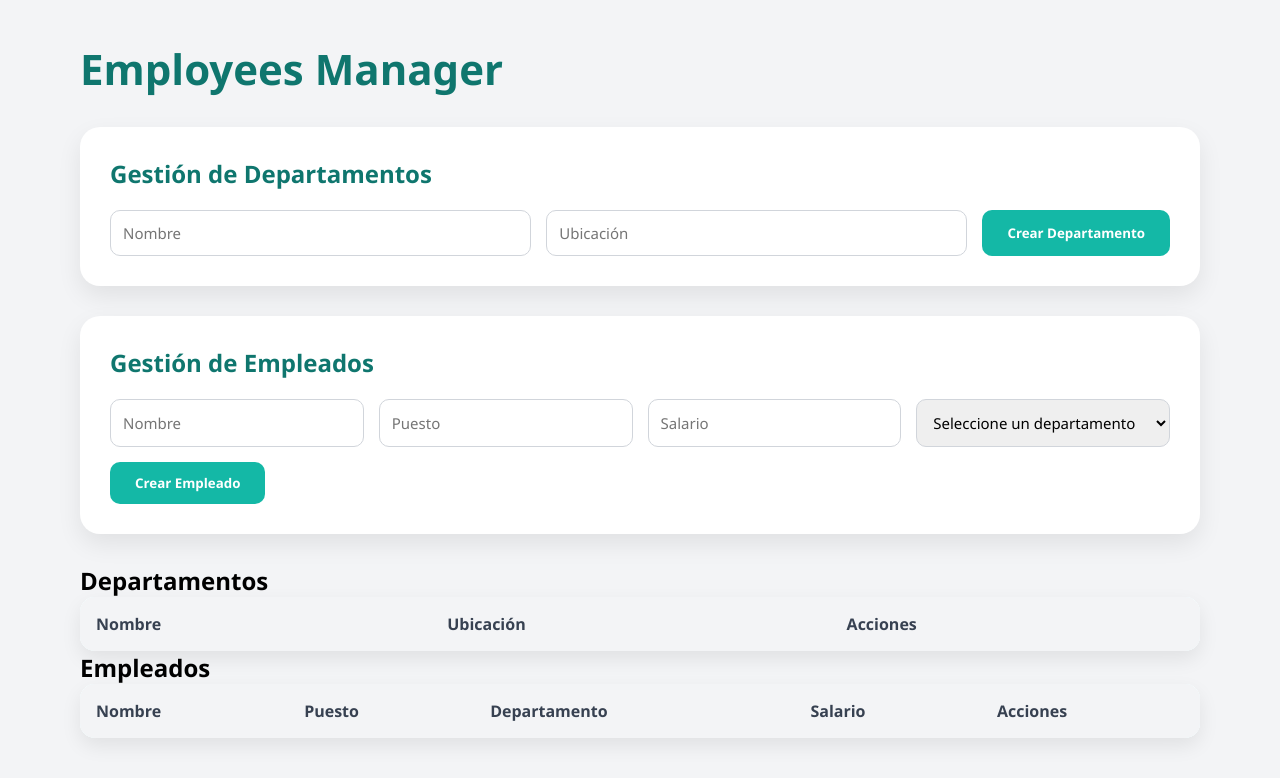
Repository: AnaSofiaRosero/parcial-4
Page: /
The author's editor kept a copy of each file at every save. The page is drawn from the files as they stood at one save, then again after the next save.
The browser window is 1280 px wide. The pictures show the whole page.
The project was rebuilt for these pictures with package versions that can differ from the ones it lists, and the page was loaded fresh each time. Also part of the build but not shown: vite.config.ts, src/index.css.

Above is the page before, as saved 2026-06-02 14:10:16.
Console error: TypeError: Cannot read properties of undefined (reading 'from')

### index.html
<!doctype html>
<html lang="en">
  <head>
    <meta charset="UTF-8" />
    <link rel="icon" type="image/svg+xml" href="/favicon.svg" />
    <meta name="viewport" content="width=device-width, initial-scale=1.0" />
    <title>employees-manager</title>
  </head>
  <body>
    <div id="root"></div>
    <script type="module" src="/src/main.tsx"></script>
  </body>
</html>

### src/App.tsx
import { useEffect, useState } from "react";
import { supabase } from "./supabaseClient";
import type { Departamento, Empleado } from "./types";
import "./App.css";


function App() {
  const [departamentos, setDepartamentos] = useState<Departamento[]>([]);
  const [empleados, setEmpleados] = useState<Empleado[]>([]);

  const [editandoDepartamento, setEditandoDepartamento] = useState<string | null>(null);
  const [editandoEmpleado, setEditandoEmpleado] = useState<string | null>(null);

  // Departamento
  const [nombre, setNombre] = useState("");
  const [ubicacion, setUbicacion] = useState("");

  // Empleado
  const [nombreEmpleado, setNombreEmpleado] = useState("");
  const [puesto, setPuesto] = useState("");
  const [salario, setSalario] = useState("");
  const [departamentoId, setDepartamentoId] = useState("");

  useEffect(() => {
    cargarDepartamentos();
    cargarEmpleados();
  }, []);

  const cargarDepartamentos = async () => {
    const { data, error } = await supabase
      .from("departamentos")
      .select("*");

    if (error) {
      console.log(error);
      return;
    }

    setDepartamentos(data || []);
  };

  const cargarEmpleados = async () => {
    const { data, error } = await supabase
      .from("empleados")
      .select("*");

    if (error) {
      console.log(error);
      return;
    }

    setEmpleados(data || []);
  };

  const crearDepartamento = async () => {
    if (!nombre.trim()) {
      alert("El nombre del departamento es obligatorio");
      return;
    }

    const { error } = await supabase
      .from("departamentos")
      .insert([
        {
          nombre,
          ubicacion,
        },
      ]);

    if (error) {
      console.log(error);
      return;
    }

    setNombre("");
    setUbicacion("");

    cargarDepartamentos();
  };

  const guardarDepartamento = async () => {
    if (!editandoDepartamento) return;

    const { error } = await supabase
      .from("departamentos")
      .update({
        nombre,
        ubicacion,
      })
      .eq("id", editandoDepartamento);

    if (error) {
      console.log(error);
      return;
    }

    setNombre("");
    setUbicacion("");
    setEditandoDepartamento(null);

    cargarDepartamentos();
  };

  const editarDepartamento = (departamento: Departamento) => {
    setEditandoDepartamento(departamento.id);
    setNombre(departamento.nombre);
    setUbicacion(departamento.ubicacion);
  };

  const crearEmpleado = async () => {
    if (
      !nombreEmpleado.trim() ||
      !puesto.trim() ||
      !salario ||
      !departamentoId
    ) {
      alert("Complete todos los campos");
      return;
    }

    const { error } = await supabase
      .from("empleados")
      .insert([
        {
          nombre: nombreEmpleado,
          puesto,
          salario: Number(salario),
          departamento_id: departamentoId,
        },
      ]);

    if (error) {
      console.log(error);
      return;
    }

    setNombreEmpleado("");
    setPuesto("");
    setSalario("");
    setDepartamentoId("");

    cargarEmpleados();
  };

  const guardarEmpleado = async () => {
    if (!editandoEmpleado) return;

    const { error } = await supabase
      .from("empleados")
      .update({
        nombre: nombreEmpleado,
        puesto,
        salario: Number(salario),
        departamento_id: departamentoId,
      })
      .eq("id", editandoEmpleado);

    if (error) {
      console.log(error);
      return;
    }

    setNombreEmpleado("");
    setPuesto("");
    setSalario("");
    setDepartamentoId("");
    setEditandoEmpleado(null);

    cargarEmpleados();
  };

  const editarEmpleado = (empleado: Empleado) => {
    setEditandoEmpleado(empleado.id);

    setNombreEmpleado(empleado.nombre);
    setPuesto(empleado.puesto);
    setSalario(String(empleado.salario));
    setDepartamentoId(empleado.departamento_id);
  };

  const eliminarEmpleado = async (id: string) => {
    const { error } = await supabase
      .from("empleados")
      .delete()
      .eq("id", id);

    if (error) {
      console.log(error);
      return;
    }

    cargarEmpleados();
  };

  const eliminarDepartamento = async (id: string) => {
    const { error } = await supabase
      .from("departamentos")
      .delete()
      .eq("id", id);

    if (error) {
      console.log(error);
      alert(
        "No puedes eliminar un departamento que tenga empleados asociados"
      );
      return;
    }

    cargarDepartamentos();
  };

  return (
    <div className="container">
      <h1 className="title">Employees Manager</h1>

      <div className="section">
        <h2>Gestión de Departamentos</h2>

        <div className="form">

          <input
            type="text"
            placeholder="Nombre"
            value={nombre}
            onChange={(e) => setNombre(e.target.value)}
          />

          <input
            type="text"
            placeholder="Ubicación"
            value={ubicacion}
            onChange={(e) => setUbicacion(e.target.value)}
          />

          {editandoDepartamento ? (
            <button
              className="primary-btn"
              onClick={guardarDepartamento}
            >
              Guardar Cambios
            </button>
          ) : (
            <button
              className="primary-btn"
              onClick={crearDepartamento}
            >
              Crear Departamento
            </button>
          )}

        </div>
      </div>

      <div className="section">
        <h2>Gestión de Empleados</h2>

        <div className="form">

          <input
            type="text"
            placeholder="Nombre"
            value={nombreEmpleado}
            onChange={(e) => setNombreEmpleado(e.target.value)}
          />

          <input
            type="text"
            placeholder="Puesto"
            value={puesto}
            onChange={(e) => setPuesto(e.target.value)}
          />

          <input
            type="number"
            placeholder="Salario"
            value={salario}
            onChange={(e) => setSalario(e.target.value)}
          />

          <select
            value={departamentoId}
            onChange={(e) => setDepartamentoId(e.target.value)}
          >
            <option value="">
              Seleccione un departamento
            </option>

            {departamentos.map((departamento) => (
              <option
                key={departamento.id}
                value={departamento.id}
              >
                {departamento.nombre}
              </option>
            ))}
          </select>

          {editandoEmpleado ? (
            <button
              className="primary-btn"
              onClick={guardarEmpleado}
            >
              Guardar Cambios
            </button>
          ) : (
            <button
              className="primary-btn"
              onClick={crearEmpleado}
            >
              Crear Empleado
            </button>
          )}

        </div>
      </div>

      <h2>Departamentos</h2>

      <table className="table">
        <thead>
          <tr>
            <th>Nombre</th>
            <th>Ubicación</th>
            <th>Acciones</th>
          </tr>
        </thead>

        <tbody>
          {departamentos.map((departamento) => (
            <tr key={departamento.id}>
              <td>{departamento.nombre}</td>
              <td>{departamento.ubicacion}</td>

              <td>
                <button
                  className="edit-btn"
                  onClick={() => editarDepartamento(departamento)}
                >
                  Editar
                </button>

                <button
                  className="delete-btn"
                  onClick={() => {
                    if (
                      window.confirm(
                        "¿Seguro que deseas eliminar este departamento?"
                      )
                    ) {
                      eliminarDepartamento(departamento.id);
                    }
                  }}
                >
                  Eliminar
                </button>
              </td>
            </tr>
          ))}
        </tbody>
      </table>

      <h2>Empleados</h2>

      <table className="table">
        <thead>
          <tr>
            <th>Nombre</th>
            <th>Puesto</th>
            <th>Departamento</th>
            <th>Salario</th>
            <th>Acciones</th>
          </tr>
        </thead>

        <tbody>
          {empleados.map((empleado) => {
            const departamento = departamentos.find(
              (d) => d.id === empleado.departamento_id
            );

            return (
              <tr key={empleado.id}>
                <td>{empleado.nombre}</td>

                <td>{empleado.puesto}</td>

                <td>
                  {departamento?.nombre ||
                    "Sin departamento"}
                </td>

                <td>
                  $
                  {empleado.salario.toLocaleString()}
                </td>

                <td>
                  <button
                    className="edit-btn"
                    onClick={() =>
                      editarEmpleado(empleado)
                    }
                  >
                    Editar
                  </button>

                  <button
                    className="delete-btn"
                    onClick={() => {
                      if (
                        window.confirm(
                          "¿Seguro que deseas eliminar este empleado?"
                        )
                      ) {
                        eliminarEmpleado(
                          empleado.id
                        );
                      }
                    }}
                  >
                    Eliminar
                  </button>
                </td>
              </tr>
            );
          })}
        </tbody>
      </table>
    </div>
  );
}
export default App;

### src/App.css
*{
  margin:0;
  padding:0;
  box-sizing:border-box;
  font-family:'Segoe UI', Tahoma, Geneva, Verdana, sans-serif;
}

body{
  background:#f3f4f6;
}

#root{
  min-height:100vh;
}

.container{
  max-width:1200px;
  margin:auto;
  padding:40px;
}

.title{
  color:#0f766e;
  font-size:42px;
  margin-bottom:30px;
}

.section{
  background:white;
  padding:30px;
  border-radius:20px;
  box-shadow:0 10px 25px rgba(0,0,0,.08);
  margin-bottom:30px;
}

.section h2{
  color:#0f766e;
  margin-bottom:20px;
}

.form{
  display:flex;
  flex-wrap:wrap;
  gap:15px;
}

.form input,
.form select{
  flex:1;
  min-width:220px;
  padding:12px;
  border:1px solid #d1d5db;
  border-radius:10px;
  outline:none;
  font-size:15px;
}

.form input:focus,
.form select:focus{
  border-color:#14b8a6;
}

.primary-btn{
  background:#14b8a6;
  color:white;
  border:none;
  border-radius:10px;
  padding:12px 25px;
  cursor:pointer;
  font-weight:600;
  transition:.3s;
}

.primary-btn:hover{
  background:#0f766e;
}

.table-container{
  background:white;
  border-radius:20px;
  overflow:hidden;
  box-shadow:0 10px 25px rgba(0,0,0,.08);
}

table{
  width:100%;
  border-collapse:collapse;
}

thead{
  background:#ecfeff;
}

th{
  padding:15px;
  text-align:left;
  color:#0f766e;
}

td{
  padding:15px;
  border-top:1px solid #e5e7eb;
}

.action-buttons{
  display:flex;
  gap:10px;
}

.edit-btn{
  background:#06b6d4;
  color:white;
  border:none;
  padding:8px 14px;
  border-radius:8px;
  cursor:pointer;
}

.delete-btn{
  background:#ef4444;
  color:white;
  border:none;
  padding:8px 14px;
  border-radius:8px;
  cursor:pointer;
}

.edit-btn:hover{
  background:#0891b2;
}

.delete-btn:hover{
  background:#dc2626;
}

.home{
  min-height:100vh;
  display:flex;
  flex-direction:column;
  justify-content:center;
  align-items:center;
  background:#f3f4f6;
}

.home-title{
  font-size:48px;
  color:#0f766e;
  margin-bottom:60px;
}

.cards{
  display:flex;
  gap:40px;
}

.card{
  width:300px;
  height:220px;
  background:white;
  border-radius:25px;
  box-shadow:0 15px 35px rgba(0,0,0,.1);

  display:flex;
  flex-direction:column;
  justify-content:center;
  align-items:center;

  cursor:pointer;
  transition:.3s;
}

.card:hover{
  transform:translateY(-10px);
}

.card span{
  font-size:70px;
  margin-bottom:20px;
}

.card h2{
  color:#0f766e;
}

.back-btn{
  background:#0f766e;
  color:white;
  border:none;
  padding:10px 20px;
  border-radius:10px;
  cursor:pointer;
  margin-bottom:20px;
}

.modal-overlay{
  position:fixed;
  inset:0;
  background:rgba(0,0,0,.5);

  display:flex;
  justify-content:center;
  align-items:center;

  z-index:999;
}

.modal{
  background:white;
  width:500px;
  padding:30px;
  border-radius:20px;
  box-shadow:0 15px 30px rgba(0,0,0,.2);
}

.modal h2{
  color:#0f766e;
  margin-bottom:20px;
}

.modal-buttons{
  display:flex;
  justify-content:flex-end;
  gap:15px;
  margin-top:20px;
}

.cancel-btn{
  background:#d1d5db;
  border:none;
  padding:10px 20px;
  border-radius:10px;
  cursor:pointer;
}

.save-btn{
  background:#14b8a6;
  color:white;
  border:none;
  padding:10px 20px;
  border-radius:10px;
  cursor:pointer;
}

.table{
  width:100%;
  border-collapse:collapse;
  background:white;
  border-radius:15px;
  overflow:hidden;
  box-shadow:0 8px 20px rgba(0,0,0,.08);
}

.table th{
  background:#f3f4f6;
  padding:16px;
  text-align:left;
  color:#374151;
}

.table td{
  padding:16px;
  border-top:1px solid #e5e7eb;
}

.table tr:hover{
  background:#f9fafb;
}

Loaded but not shown: src/main.tsx (common file); src/supabaseClient.ts (no stored copy; drawn as an empty file)

After the next save:
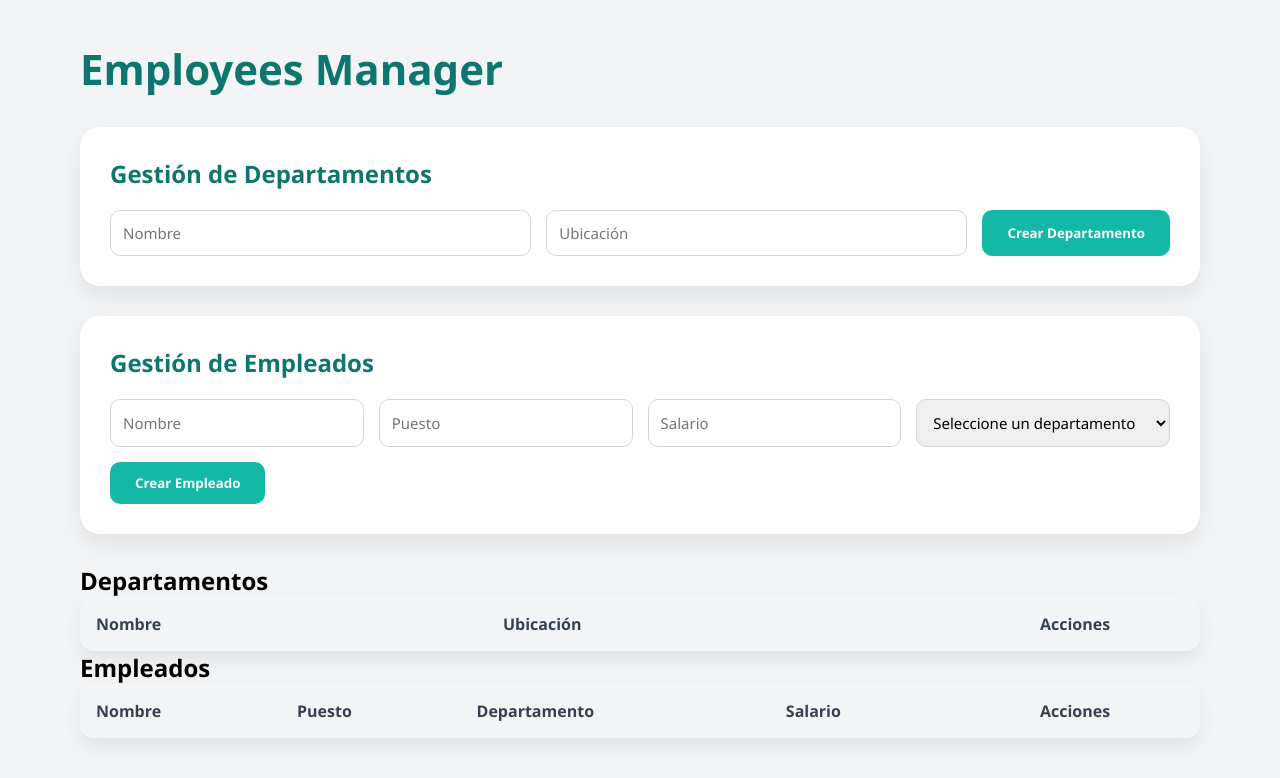
Saved 78 s later.
--- a/src/App.css
+++ b/src/App.css
@@ -265,3 +265,15 @@ td{
 .table tr:hover{
   background:#f9fafb;
 }
+
+.table td:last-child,
+.table th:last-child{
+  width: 250px;
+  text-align: center;
+}
+
+.table td:last-child{
+  display:flex;
+  justify-content:center;
+  gap:12px;
+}
